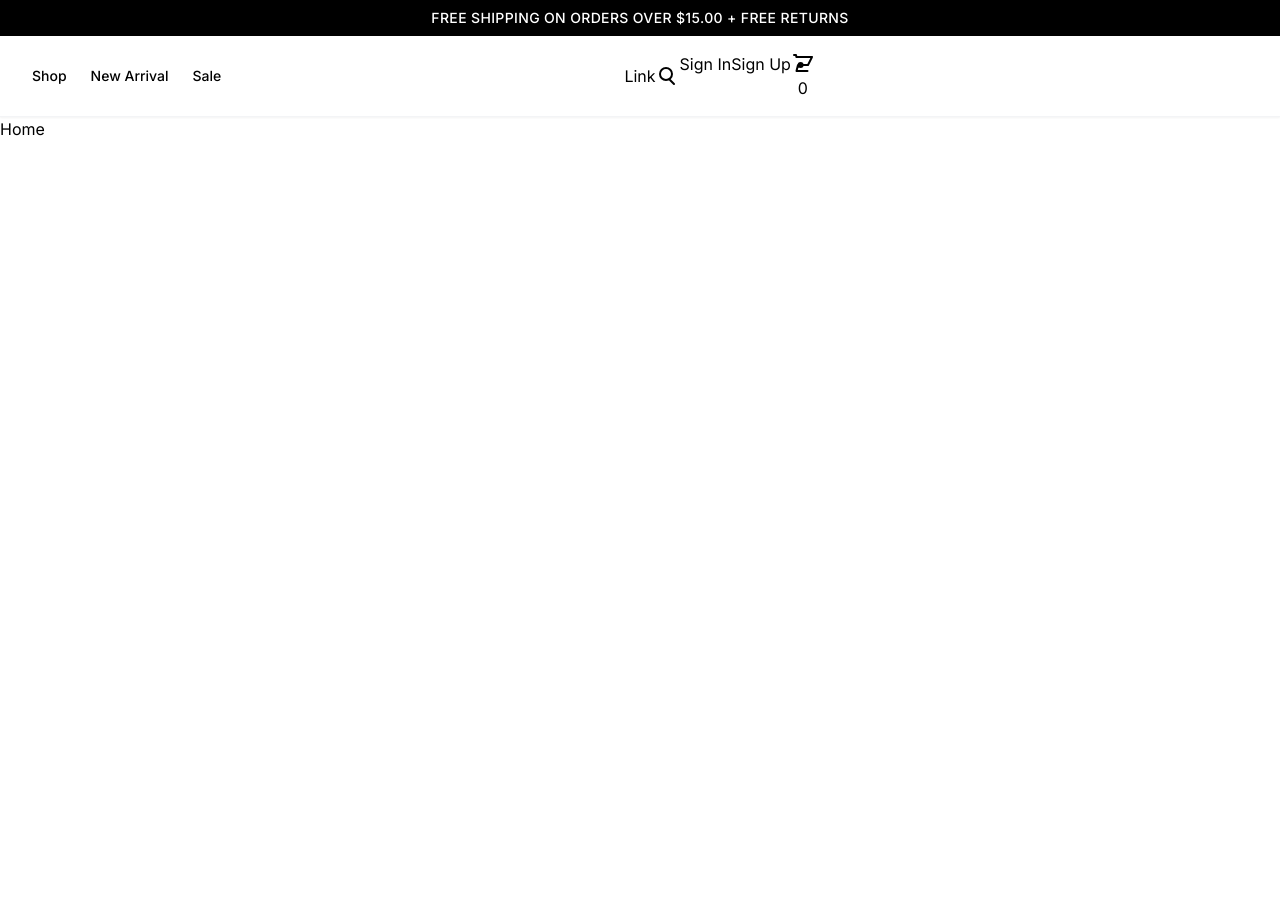
Repository: DiwanMalla/TEMU_CLONE
Page: /
An editor plug-in stored every save of this project. The page is shown before and after the next save, followed by the edit.
The browser window is 1280 px wide. The pictures show the whole page.
The project was rebuilt for these pictures with package versions that can differ from the ones it lists, and the page was loaded fresh each time. The framework's server and built-in components were replaced by stand-ins that run in the browser. Also part of the build but not shown: next.config.ts.

Above is the page before, as saved 2025-01-20 22:38:22.

### app/layout.tsx
import type { Metadata } from "next";
import "./globals.css";
import { Inter } from "next/font/google";
import Header from "@/components/layout/Header";

const inter = Inter({ subsets: ["latin"] });
export const metadata: Metadata = {
  title: "Create Next App",
  description: "Generated by create next app",
};

export default function RootLayout({
  children,
}: Readonly<{
  children: React.ReactNode;
}>) {
  return (
    <html lang="en">
      <body
        className={`${inter.className} antialiased bg-white min-h-[125vh] text-black`}
      >
        <Header />
        {children}
      </body>
    </html>
  );
}

### app/page.tsx
import Header from "@/components/layout/Header";

const page = () => {
  return <div>Home</div>;
};

export default page;

### components/layout/Header.tsx
"use client";
import Link from "next/link";
import { useEffect, useState } from "react";

const AnnounecementBar = () => {
  return (
    <div className="w-full bg-black py-2">
      <div className="container mx-auto flex items-center justify-center px-3">
        <span className="text-center text-sm font-medium tracking-wide text-white">
          FREE SHIPPING ON ORDERS OVER $15.00 + FREE RETURNS
        </span>
      </div>
    </div>
  );
};
const Header = () => {
  const [isOpen, setIsOpen] = useState(false);
  const [prevScrollY, setPrevScrollY] = useState<number>(0);
  useEffect(() => {
    const handleScroll = () => {
      const currentScrollY = window.scrollY;
      const scrolledUp = currentScrollY < prevScrollY;
      if (scrolledUp) {
        setIsOpen(true);
      } else if (currentScrollY > 100) {
        setIsOpen(false);
      }
      setPrevScrollY(currentScrollY);
    };
    setPrevScrollY(window.scrollY);
    window.addEventListener("scroll", handleScroll);
    return () => {
      window.removeEventListener("scroll", handleScroll);
    };
  }, [prevScrollY]);
  return (
    <header className="w-full sticky top-0 z-50">
      <div
        className={`w-full transform transition-transform duration-300 ease-in-out ${
          isOpen ? `translate-y-0` : "-translate-y-full"
        }`}
      >
        <AnnounecementBar />
        <div className="w-full flex justify-between items-center py-3 sm:py-4 bg-white/80 shadow-sm border-b border-gray-100 backdrop-blur-sm">
          <div className="flex justify-between items-center container mx-auto px-8">
            <div className="flex flex-1 justify-start items-center gap-4 sm:gap-6">
              <button className="text-gray-700 hover:text-gray-900 md:hidden">
                <svg
                  xmlns="http://www.w3.org/2000/svg"
                  className="h-5 w-5 sm:h-6 sm:w-6 block lg:hidden"
                  fill="none"
                  viewBox="0 0 24 24"
                  stroke="currentColor"
                  strokeWidth={2}
                >
                  <path
                    strokeLinecap="round"
                    strokeLinejoin="round"
                    d="M4 6h16M4 12h16M4 18h16"
                  />
                </svg>
              </button>
              <nav className="hidden md:flex gap-4 lg:gap-6 text-sm font-medium">
                <Link href="#">Shop</Link>
                <Link href="#">New Arrival</Link>
                <Link href="#">Sale</Link>
              </nav>
            </div>
            <Link href="#">Link</Link>
            <div className="flex flex-1">
              <button>
                <svg
                  xmlns="http://www.w3.org/2000/svg"
                  className="h-5 w-5 sm:h-6 sm:w-6"
                  fill="none"
                  viewBox="0 0 24 24"
                  stroke="currentColor"
                  strokeWidth={2}
                >
                  <path
                    strokeLinecap="round"
                    strokeLinejoin="round"
                    d="M10 4a6 6 0 100 12 6 6 0 000-12zm8 16l-4-4"
                  />
                </svg>
              </button>
              <Link href="/auth/sign-in">Sign In</Link>
              <Link href="/auth/sign-up">Sign Up</Link>
              <button>
                <svg
                  xmlns="http://www.w3.org/2000/svg"
                  className="h-5 w-5 sm:h-6 sm:w-6"
                  fill="none"
                  viewBox="0 0 24 24"
                  stroke="currentColor"
                  strokeWidth={2}
                >
                  <path
                    strokeLinecap="round"
                    strokeLinejoin="round"
                    d="M3 3h2l.4 2M7 13h10l4-8H5.4M7 13l-1.5 6h11m-4.9-6a2 2 0 11-4 0 2 2 0 014 0z"
                  />
                </svg>

                <span>0</span>
              </button>
            </div>
          </div>
        </div>
      </div>
    </header>
  );
};

export default Header;

Loaded but not shown: app/globals.css (common file); tailwind.config.ts (common file)

After the next save:
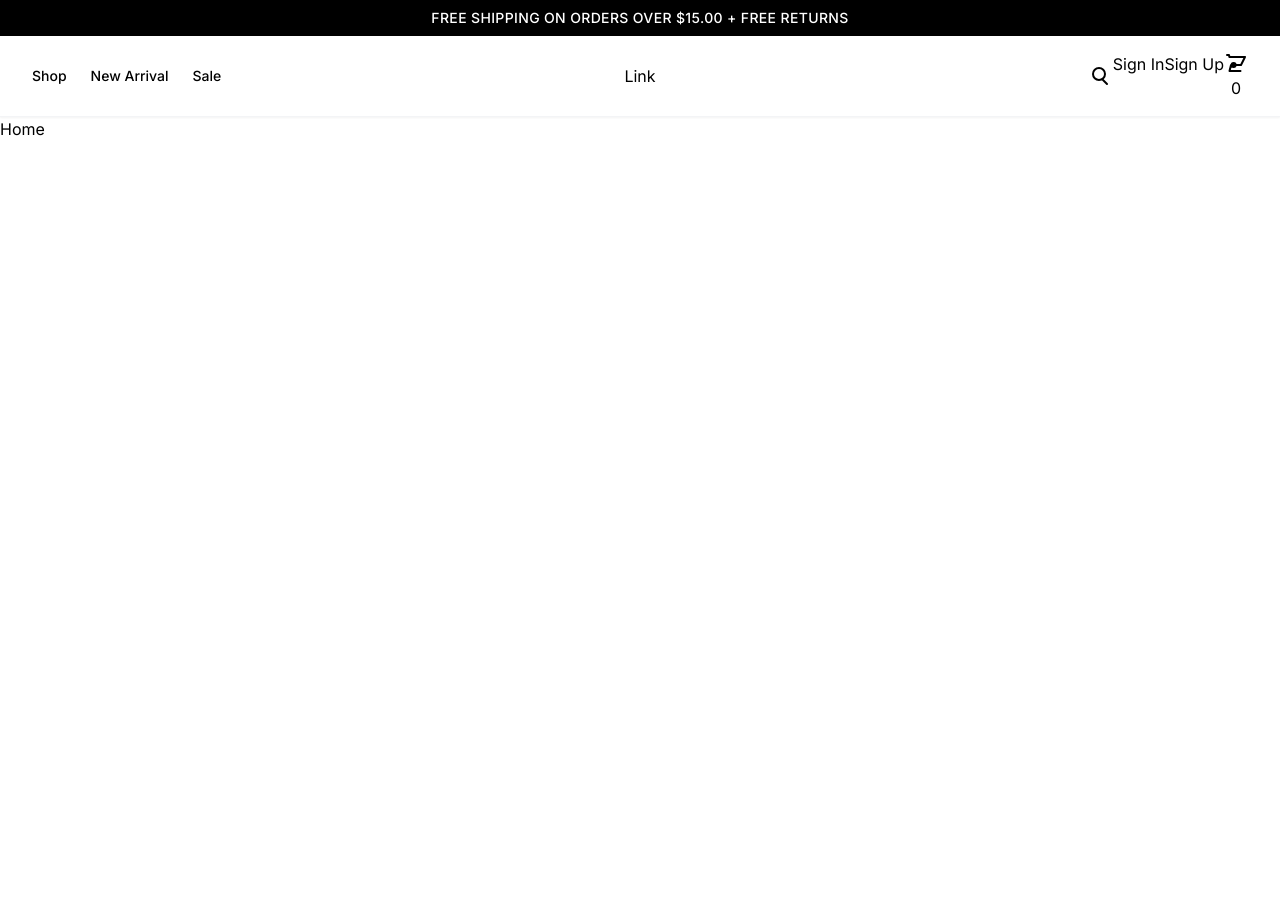
Saved 6 s later.
--- a/components/layout/Header.tsx
+++ b/components/layout/Header.tsx
@@ -67,7 +67,7 @@ const Header = () => {
               </nav>
             </div>
             <Link href="#">Link</Link>
-            <div className="flex flex-1">
+            <div className="flex flex-1 justify-end">
               <button>
                 <svg
                   xmlns="http://www.w3.org/2000/svg"
